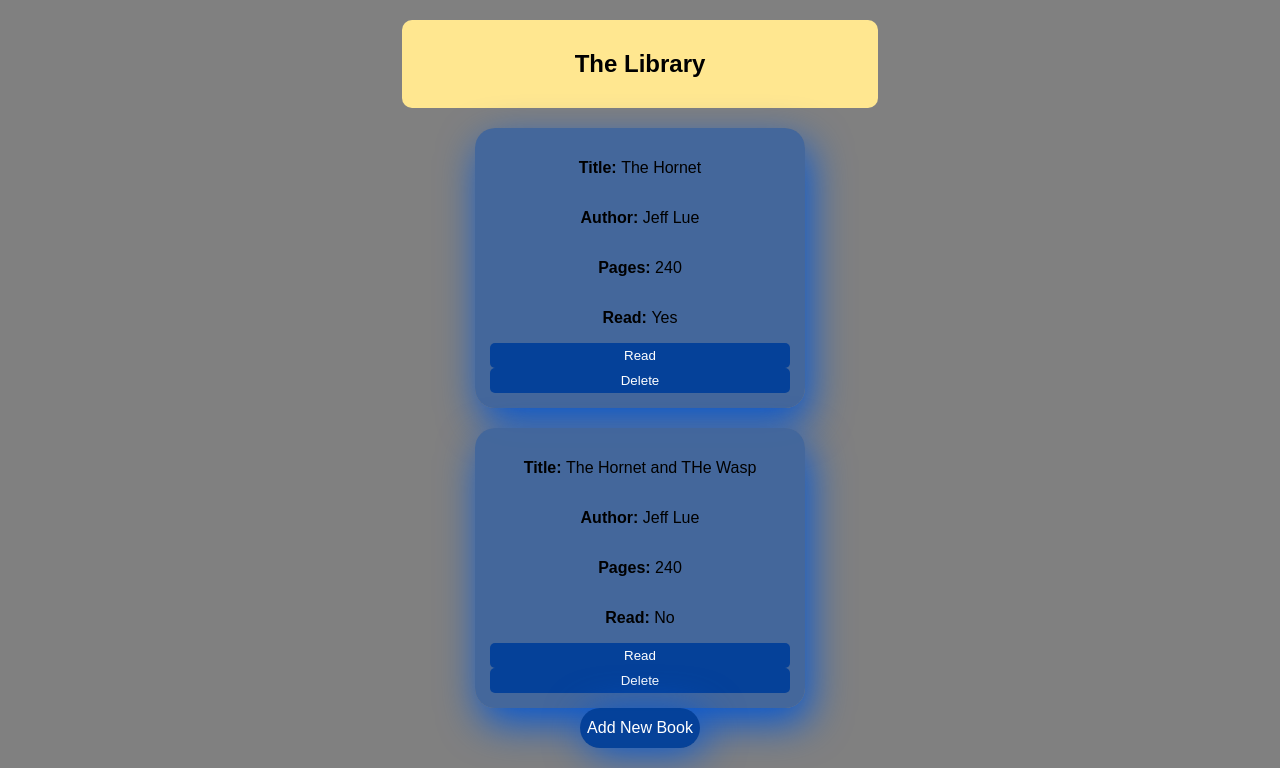
Repository: ErvinClay13/Library
Page: index.html
The author's editor kept a copy of each file at every save. The page is drawn from the files as they stood at one save, then again after the next save.
The browser window is 1280 px wide. The pictures show the whole page.

Above is the page before, as saved 2025-01-11 04:55:20.

### index.html
<!DOCTYPE html>
<html lang="en">
<head>
    <meta charset="UTF-8">
    <meta name="viewport" content="width=device-width, initial-scale=1.0">
    <link rel="stylesheet" href="style.css">
    <link
      rel="icon"
      type="image/png"
      sizes="32x32"
      href="images/myLogo.png"
    />
    <title>The Library</title>
</head>
<body>
    <div class="container">
        <div class="heading">
            <h2>The Library</h2>
        </div>

            <div class="content" id="content"></div>

            <dialog id="myDialog">
                <div class="input">
                <form method="dialog" id="form">
                    <label for="title">Title</label>
                    <input type="text"
                           id="title"
                           name="title"
                           required>

                    <label for="author">Author</label>
                    <input type="text"
                           id="author"
                           name="author"
                           required>

                    <label for="pages">Pages</label>
                    <input type="number"
                           id="pages"
                           name="pages"
                           required>

                    <label for="read">Read</label>
                    <input type="checkbox"
                           name="read"
                           id="isRead">

                    <button type="submit" id="submit">Submit</button>
                    <div class="cancel" id="cancel">Cancel</div>


                </form>
            </div>
        </dialog>
        <footer><button id="addBook">Add New Book</button></footer>
    </div>

    <script src="script.js"></script>
</body>
</html>

### style.css
body {
    display: flex;
    justify-content: center;
    align-items: center;
    flex-direction: column;
    /* background-color: white; */
    background-color: gray;
    margin: 0;
    font-family: Arial, sans-serif;
}

.container {
    display: flex;
    flex-direction: column;
    align-items: center;
    padding: 20px;
}

.heading {
    display: flex;
    justify-content: space-between;
    justify-content: center;
    background-color: rgb(255, 231, 144);
    /* background-color: #42669df5; */
    /* box-shadow: 5px 5px 40px #0055d4f5; */
    width: 100%;
    max-width: 800px;
    padding: 10px 20px;
    border-radius: 10px;
    margin-bottom: 20px;
}

#addBook {
    background-color: #03409af5;
    box-shadow: 5px 5px 40px #0055d4f5;
    height: 40px;
    width: 120px;
    border-radius: 20px;
    border: none;
    font-size: 16px;
    color: white;
    cursor: pointer;
}

#addBook:hover {
    transform: scale(1.1);
    box-shadow: 2px 5px 40px #7800d4f5;
}

#content {
    display: flex;
    flex-wrap: wrap;
    gap: 20px;
    justify-content: center;
    width: 100%;
}

.card {
    display: flex;
    flex-direction: column;
    justify-content: space-between;
    text-align: center;
    border-radius: 20px;
    padding: 15px;
    background-color: #42669df5;
    width: 100%;
    max-width: 300px;
    box-shadow: 5px 15px 40px #0055d4f5;
}

.card-details {
    margin-bottom: 10px;
}

.card-buttons {
    display: flex;
    justify-content: space-between;
    gap: 10px;
}

.read, .delete {
    flex: 1;
    padding: 5px 10px;
    border: none;
    border-radius: 5px;
    color: white;
    background-color: #03409af5;
    cursor: pointer;
}

.read:hover, .delete:hover {
    background-color: #254a81f5;
}

.read:active, .delete:active {
    background-color: #42669df5;
}

dialog {
    background-color: #fefefe;
    padding: 20px;
    border: none;
    border-radius: 10px;
    box-shadow: 0px 5px 15px rgba(0, 0, 0, 0.5);
}

form {
    display: flex;
    flex-direction: column;
    gap: 10px;
}

input[type="text"], input[type="number"] {
    padding: 5px;
    border-radius: 5px;
    border: 1px solid #ccc;
}

button {
    cursor: pointer;
}

/* Responsive Styles */
@media (max-width: 768px) {
    .heading {
        flex-direction: column;
        align-items: center;
    }

    #content {
        gap: 15px;
    }

    .card {
        max-width: 100%;
    }
}

### script.js
const dialog = document.getElementById('myDialog');
const form = document.getElementById('form');
const content = document.getElementById('content');
const submit = document.getElementById('submit');
const addBook = document.getElementById('addBook');
const cancel = document.getElementById('cancel');

const myLibrary = [];

const theHornet = new Book('The Hornet', 'Jeff Lue', 240, true);
const theHornetAndTheWasp = new Book('The Hornet and THe Wasp', 'Jeff Lue', 240, false);

myLibrary.push(theHornet);
myLibrary.push(theHornetAndTheWasp);


function Book(title, author, pages, read) {
    this.title = title;
    this.author = author;
    this.pages = pages;
    this.read = read;
}

Book.prototype.info = function() {
    return `${this.title} ${this.author} ${this.pages} ${this.read}`;
}


Book.prototype.toggleRead = function() {
    this.read = !this.read;
}



addBook.addEventListener("click", () => {
    dialog.showModal();
});

cancel.addEventListener("click", () => {
    dialog.close();
});

submit.addEventListener("click", (event) => {
    event.preventDefault();

    const title = document.getElementById('title').value;
    const author = document.getElementById('author').value;
    const pages = document.getElementById('pages').value;
    const read = document.getElementById('isRead').checked;

    const newBook = new Book(title, author, pages, read);
    myLibrary.push(newBook);

    form.reset();
    showBooks();
    dialog.close();
});

function showBooks() {

    content.innerHTML = '';

    myLibrary.forEach((book, index) => {                   //going through the array myLibrary
        const card = document.createElement('div');        //creating a new card for each book created through the modal
        card.classList.add('card');                        //adding card to the class

        card.innerHTML =                                      //creating the text that will be displayed on the card
            `<p><strong>Title: </strong>${book.title}</p>
             <p><strong>Author: </strong>${book.author}</p>
             <p><strong>Pages: </strong>${book.pages}</p>
             <p><strong>Read: </strong>${book.read ? 'Yes' : 'No'}</p>`;   //using the user input to create the new book on the card

        const deleteBtn = document.createElement('button');
        deleteBtn.classList.add('delete');
        deleteBtn.textContent = ('Delete');

        deleteBtn.addEventListener("click", () => {
            myLibrary.splice(index, 1);
            showBooks();
        });

        const read = document.createElement('button');
        read.classList.add('read');
        read.textContent = ('Read');

        read.addEventListener("click", () => {
            book.toggleRead();
            showBooks();
        });

        card.appendChild(read);
        card.appendChild(deleteBtn);
        content.appendChild(card);


    })
}

showBooks();

After the next save:
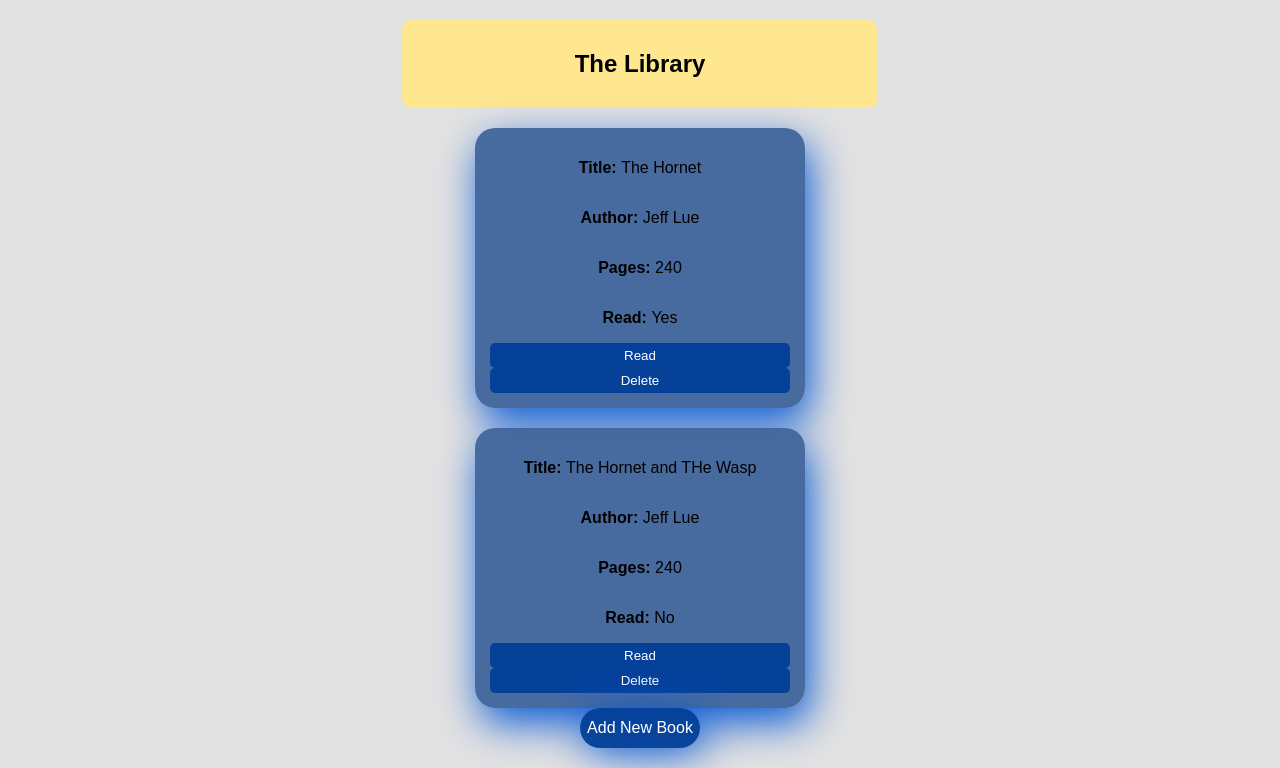
Saved 14 s later.
--- a/style.css
+++ b/style.css
@@ -4,7 +4,7 @@ body {
     align-items: center;
     flex-direction: column;
     /* background-color: white; */
-    background-color: gray;
+    background-color: rgb(226, 226, 226);
     margin: 0;
     font-family: Arial, sans-serif;
 }
